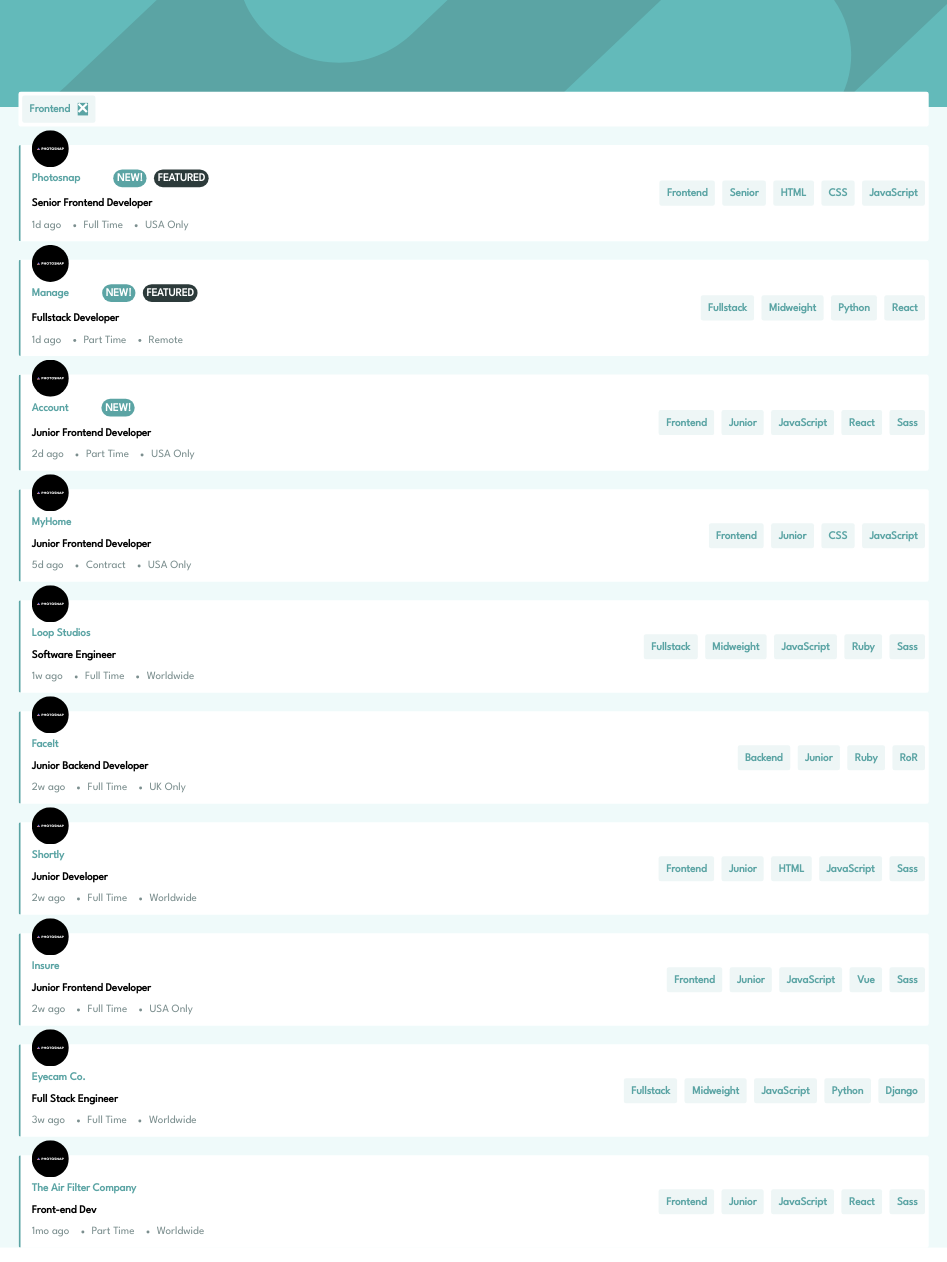
Repository: DevLaukey/job-listing
Page: /
An editor plug-in stored every save of this project. The page is shown before and after the next save, followed by the edit.
The browser window is 1280 px wide. The pictures show the whole page, at 74% of full size.
Some web fonts or font styles are not loaded; a fallback is used. The project was rebuilt for these pictures with package versions that can differ from the ones it lists, and the page was loaded fresh each time.

Above is the page before, as saved 2022-06-03 00:54:13.

After the next save:
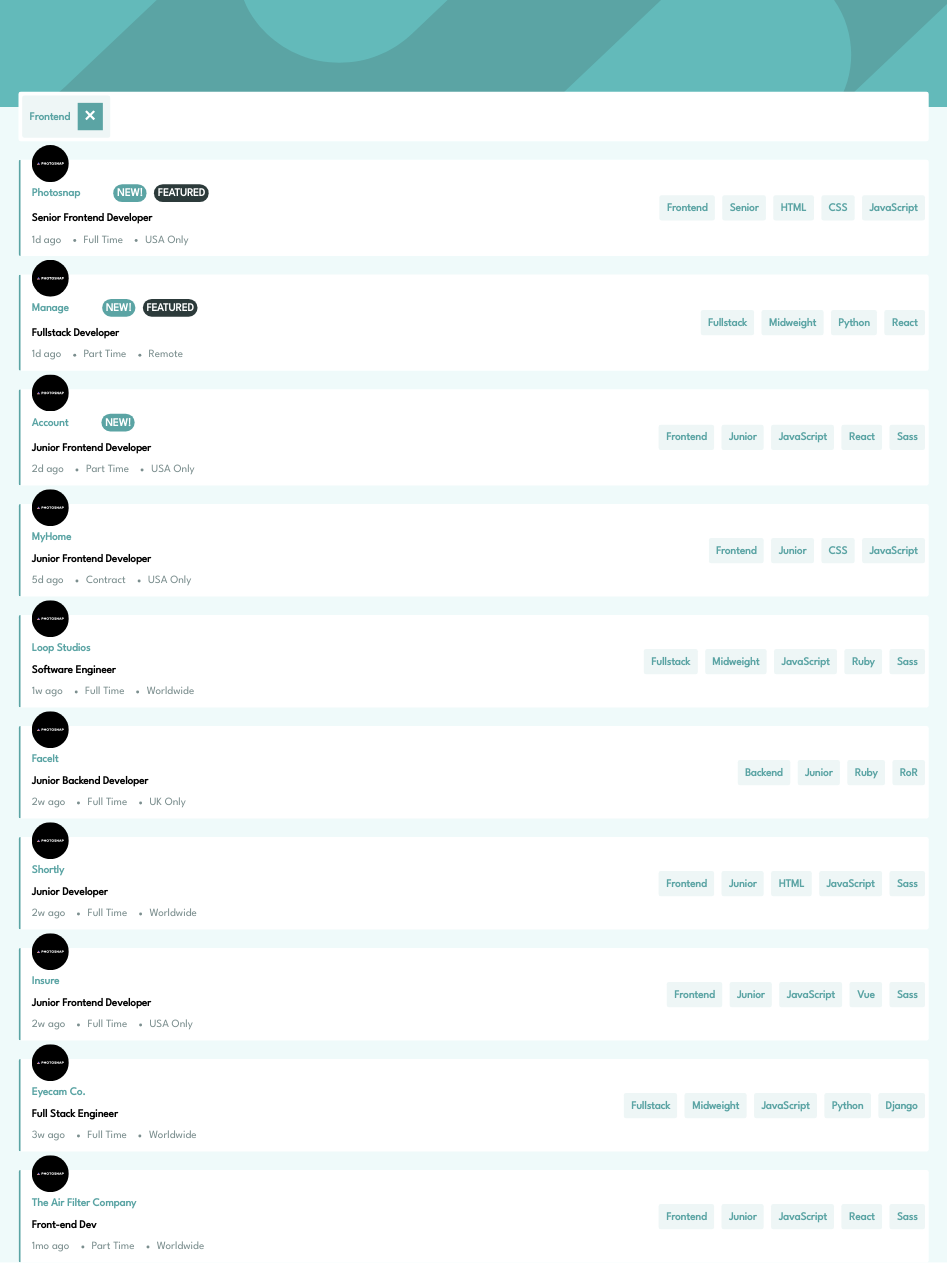
Saved 15 s later.
--- a/src/components/styles.css
+++ b/src/components/styles.css
@@ -91,7 +91,7 @@
 .icon{
     margin-left: 10px;
     background-color:hsl(180, 29%, 50%);
-    width: 100%;
+    padding: 10px;
 }
 /* media query */
 
